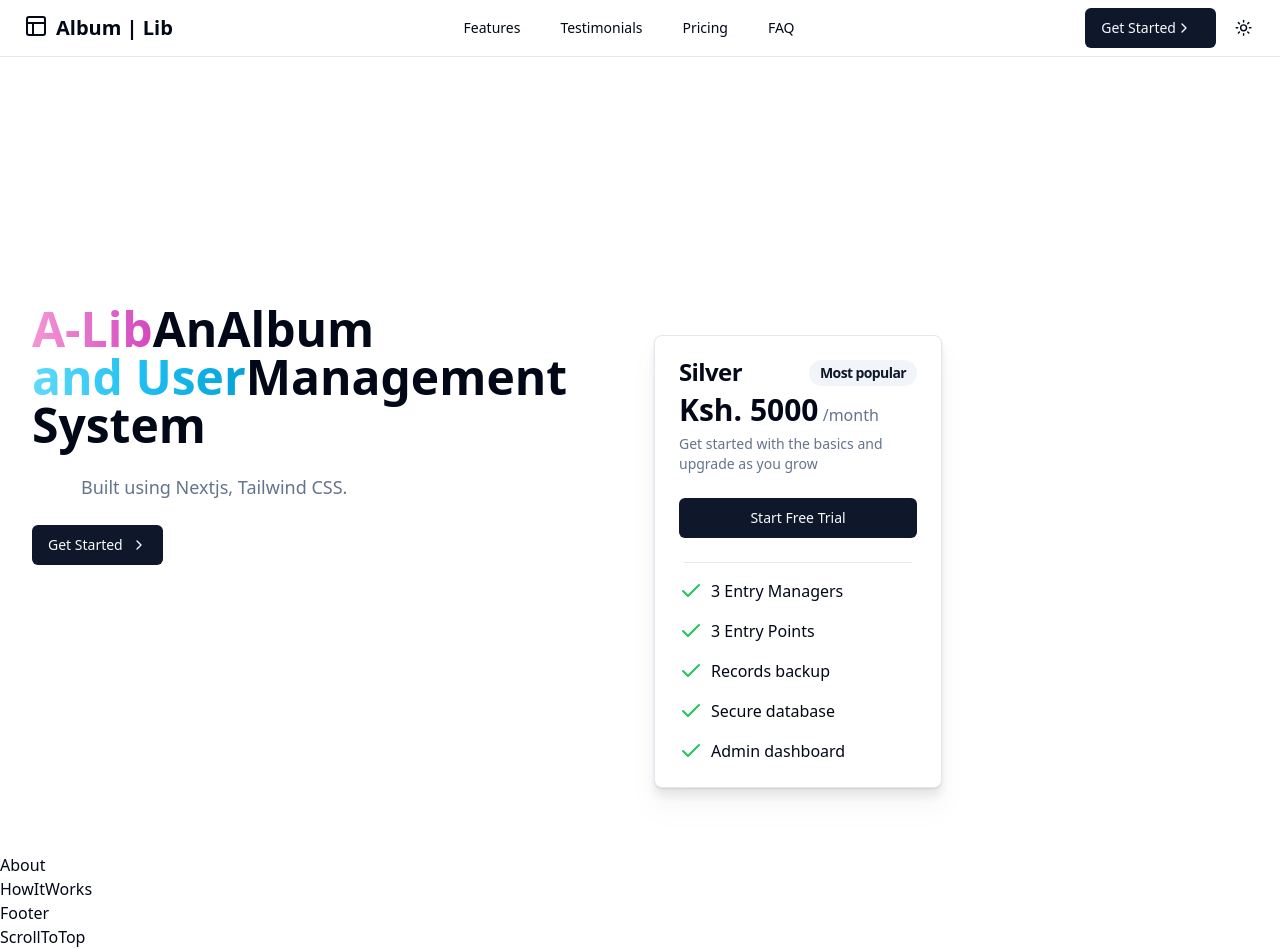
Repository: DevLaukey/savannah-informatics-test
Page: /
The author's editor kept a copy of each file at every save. The page is drawn from the files as they stood at one save, then again after the next save.
The browser window is 1280 px wide. The pictures show the whole page.
The project was rebuilt for these pictures with package versions that can differ from the ones it lists, and the page was loaded fresh each time. The framework's server and built-in components were replaced by stand-ins that run in the browser. Also part of the build but not shown: next.config.mjs, components/ui/avatar.jsx, components/landing-page/LightBulbIcon.jsx.

Above is the page before, as saved 2024-06-04 22:03:30.

### app/layout.jsx
import "./globals.css";
import { Inter as FontSans } from "next/font/google";

import { cn } from "@/lib/utils";
import { ThemeProvider } from "@/lib/theme-provider";

const fontSans = FontSans({
  subsets: ["latin"],
  variable: "--font-sans",
});

export default function RootLayout({ children }) {
  return (
    <html lang="en" suppressHydrationWarning>
      <head />
      <body
        className={cn(
          "min-h-screen bg-background font-sans antialiased",
          fontSans.variable
        )}
      >
        <ThemeProvider
          attribute="class"
          defaultTheme="system"
          enableSystem
          disableTransitionOnChange
        >
          {children}
        </ThemeProvider>
      </body>
    </html>
  );
}

### app/page.jsx
import Footer from "@/components/Footer";
import About from "@/components/landing-page/About";
import Hero from "@/components/landing-page/Hero";
import HowItWorks from "@/components/landing-page/HowItWorks";
import Navbar from "@/components/Navbar";
import ScrollToTop from "@/components/ScrollToTop";


// this is the landing page
export default function Home() {
  return (
    <>
      <Navbar />
      <Hero />
      <About />
      <HowItWorks />
      <Footer />
      <ScrollToTop />
    </>
  );
}

### components/landing-page/Hero.jsx
import { ChevronRight } from "lucide-react";
import { HeroCards } from "./HeroCards";
import { Button, buttonVariants } from "@/components/ui/button";

const Hero = () => {
  return (
    <section className="container grid grid-cols-1 md:grid-cols-2 place-items-center py-20 md:py-32 gap-10 overflow-x-hidden">
      <div className="text-center md:text-left space-y-6">
        <main className="text-3xl md:text-5xl font-bold">
          <h1 className="inline-block">
            <span className="inline bg-gradient-to-r from-[#F596D3] to-[#D247BF] text-transparent bg-clip-text">
              A-Lib
            </span>
            An
          </h1>
          Album
          <h2 className="inline-block">
            <span className="inline bg-gradient-to-r from-[#61DAFB] via-[#1fc0f1] to-[#03a3d7] text-transparent bg-clip-text">
              and User
            </span>
            Management System
          </h2>
        </main>

        <p className="text-lg text-muted-foreground md:w-10/12 mx-auto">
          Built using Nextjs, Tailwind CSS.
        </p>

        <Button
          type="button"
          className={
            "flex justify-center items-center" + buttonVariants({ variant: "primary" })
          }
        >
          Get Started
          <ChevronRight className="ml-2 h-4 w-4" />
        </Button>
      </div>

      {/* Hero cards sections */}
      <div className="z-10">
        <HeroCards />
      </div>

      {/* Shadow effect */}
      <div className="shadow"></div>
    </section>
  );
};

export default Hero;

### components/landing-page/HowItWorks.jsx
import React from 'react'

function HowItWorks() {
  return (
    <div>HowItWorks</div>
  )
}

export default HowItWorks

### components/Navbar.jsx
"use client";
import React, { useState } from "react";
import {
  NavigationMenu,
  NavigationMenuItem,
  NavigationMenuList,
} from "@/components/ui/navigation-menu";
import {
  Sheet,
  SheetContent,
  SheetHeader,
  SheetTitle,
  SheetTrigger,
} from "@/components/ui/sheet";
import { Button, buttonVariants } from "./ui/button";
import { ChevronRight, Menu } from "lucide-react";
import ModeToggle from "./mode-toggle";
import { LogoIcon } from "./Icons";

const routeList = [
  {
    href: "#features",
    label: "Features",
  },
  {
    href: "#testimonials",
    label: "Testimonials",
  },
  {
    href: "#pricing",
    label: "Pricing",
  },
  {
    href: "#faq",
    label: "FAQ",
  },
];

const Navbar = () => {
  const [isOpen, setIsOpen] = useState(false);
  return (
    <header className="sticky border-b-[1px] top-0 z-40 w-full bg-white dark:border-b-slate-700 dark:bg-background">
      <NavigationMenu className="mx-auto">
        <NavigationMenuList className="container h-14 px-4 w-screen flex justify-between">
          <NavigationMenuItem className="font-bold flex">
            <a
              rel="noreferrer noopener"
              href="/"
              className="ml-2 font-bold text-xl flex"
            >
              <LogoIcon />
              Album | Lib
            </a>
          </NavigationMenuItem>

          {/* mobile */}
          <span className="flex md:hidden">
            <ModeToggle />

            <Sheet open={isOpen} onOpenChange={setIsOpen}>
              <SheetTrigger className="px-2">
                <Menu
                  className="flex md:hidden h-5 w-5"
                  onClick={() => setIsOpen(true)}
                >
                  <span className="sr-only">Menu Icon</span>
                </Menu>
              </SheetTrigger>

              <SheetContent side={"left"}>
                <SheetHeader>
                  <SheetTitle className="font-bold text-xl">
                    Shadcn/React
                  </SheetTitle>
                </SheetHeader>
                <nav className="flex flex-col justify-center items-center gap-2 mt-4">
                  {routeList.map(({ href, label }) => (
                    <a
                      rel="noreferrer noopener"
                      key={label}
                      href={href}
                      onClick={() => setIsOpen(false)}
                      className={buttonVariants({ variant: "ghost" })}
                    >
                      {label}
                    </a>
                  ))}
                  <Button>
                    Get Started
                    <ChevronRight className="mr-2 h-4 w-4" />
                  </Button>
                </nav>
              </SheetContent>
            </Sheet>
          </span>

          {/* desktop */}
          <nav className="hidden md:flex gap-2">
            {routeList.map((route, i) => (
              <a
                rel="noreferrer noopener"
                href={route.href}
                key={i}
                className={`text-[17px] ${buttonVariants({
                  variant: "ghost",
                })}`}
              >
                {route.label}
              </a>
            ))}
          </nav>

          <div className="hidden md:flex gap-2">
            <Button>
              Get Started
              <ChevronRight className="mr-2 h-4 w-4" />
            </Button>
            <ModeToggle />
          </div>
        </NavigationMenuList>
      </NavigationMenu>
    </header>
  );
};
export default Navbar;

### components/ScrollToTop.jsx
import React from 'react'

function ScrollToTop() {
  return (
    <div>ScrollToTop</div>
  )
}

export default ScrollToTop

### components/landing-page/HeroCards.jsx
import { Avatar, AvatarFallback, AvatarImage } from "@/components/ui/avatar";
import { Badge } from "@/components/ui/badge";
import { Button, buttonVariants } from "@/components/ui/button";
import {
  Card,
  CardContent,
  CardDescription,
  CardHeader,
  CardTitle,
  CardFooter,
} from "@/components/ui/card";
import { Check, Linkedin } from "lucide-react";
import { LightBulbIcon } from "./LightBulbIcon";
import { GitHubLogoIcon } from "@radix-ui/react-icons";

export const HeroCards = () => {
  return (
    <div className="hidden lg:flex flex-row flex-wrap gap-8 relative w-[700px] h-[500px]">
      {/* Testimonial */}
      {/* <Card className="absolute w-[340px] -top-[15px] drop-shadow-xl shadow-black/10 dark:shadow-white/10">
        <CardHeader className="flex flex-row items-center gap-4 pb-2">
          <Avatar>
            <AvatarImage alt="" src="https://github.com/shadcn.png" />
            <AvatarFallback>DK</AvatarFallback>
          </Avatar>

          <div className="flex flex-col">
            <CardTitle className="text-lg">John Doe </CardTitle>
            <CardDescription>@john_doe</CardDescription>
          </div>
        </CardHeader>

        <CardContent>The data is secure and private!</CardContent>
      </Card> */}

      {/* Team */}
      {/* <Card className="absolute right-[20px] top-4 w-80 flex flex-col justify-center items-center drop-shadow-xl shadow-black/10 dark:shadow-white/10">
        <CardHeader className="mt-8 flex justify-center items-center pb-2">
          <img
            src="https://avatars.githubusercontent.com/u/63729244?s=400&u=e2bde62a1ba395f12dba8fe5ff52ba5f15a8755e&v=4"
            alt="user avatar"
            className="absolute grayscale-[0%] -top-12 rounded-full w-24 h-24 aspect-square object-cover"
          />
          <CardTitle className="text-center">Victor Mwaura</CardTitle>
          <CardDescription className="font-normal text-primary">
            Chief Technology Officer
          </CardDescription>
        </CardHeader>

        <CardContent className="text-center pb-2">
          <p>
            No more delays in the process of scanning and verifying identity
            cards
          </p>
        </CardContent>

        <CardFooter>
          <div>
            <a
              href="https://github.com/DevLaukey"
              target="_blank"
              className={buttonVariants({
                variant: "ghost",
                size: "sm",
              })}
            >
              <span className="sr-only">Github icon</span>
              <GitHubLogoIcon className="w-5 h-5" />
            </a>
            <a
              href="https://twitter.com/DLaukey"
              target="_blank"
              className={buttonVariants({
                variant: "ghost",
                size: "sm",
              })}
            >
              <span className="sr-only">X icon</span>
              <svg
                role="img"
                viewBox="0 0 24 24"
                xmlns="http://www.w3.org/2000/svg"
                className="fill-foreground w-5 h-5"
              >
                <title>X</title>
                <path d="M18.901 1.153h3.68l-8.04 9.19L24 22.846h-7.406l-5.8-7.584-6.638 7.584H.474l8.6-9.83L0 1.154h7.594l5.243 6.932ZM17.61 20.644h2.039L6.486 3.24H4.298Z" />
              </svg>
            </a>

            <a
              href="https://www.linkedin.com/in/devlaukey/"
              target="_blank"
              className={buttonVariants({
                variant: "ghost",
                size: "sm",
              })}
            >
              <span className="sr-only">Linkedin icon</span>
              <Linkedin size="20" />
            </a>
          </div>
        </CardFooter>
      </Card> */}

      {/* Pricing */}
      <Card className="absolute top-[150px] left-[50px] w-72  drop-shadow-xl shadow-black/10 dark:shadow-white/10">
        <CardHeader>
          <CardTitle className="flex item-center justify-between">
            Silver
            <Badge variant="secondary" className="text-sm text-primary">
              Most popular
            </Badge>
          </CardTitle>
          <div>
            <span className="text-3xl font-bold">Ksh. 5000</span>
            <span className="text-muted-foreground"> /month</span>
          </div>

          <CardDescription>
            Get started with the basics and upgrade as you grow
          </CardDescription>
        </CardHeader>

        <CardContent>
          <Button className="w-full">Start Free Trial</Button>
        </CardContent>

        <hr className="w-4/5 m-auto mb-4" />

        <CardFooter className="flex">
          <div className="space-y-4">
            {[
              "3 Entry Managers",
              "3 Entry Points",
              "Records backup",
              "Secure database",
              "Admin dashboard",
            ].map((benefit) => (
              <span key={benefit} className="flex">
                <Check className="text-green-500" />{" "}
                <h3 className="ml-2">{benefit}</h3>
              </span>
            ))}
          </div>
        </CardFooter>
      </Card>

      {/* Service */}
      {/* <Card className="absolute w-[350px] -right-[10px] bottom-[35px] drop-shadow-xl shadow-black/10 dark:shadow-white/10">
        <CardHeader className="space-y-1 flex md:flex-row justify-start items-start gap-4">
          <div className="mt-1 bg-primary/20 p-1 rounded-2xl">
            <LightBulbIcon />
          </div>
          <div>
            <CardTitle>Scanning Identity Card</CardTitle>
            <CardDescription className="text-md mt-2">
              Uses Optical Character Recognition(OCR)
            </CardDescription>
          </div>
        </CardHeader>
      </Card> */}
    </div>
  );
};

### components/ui/button.jsx
import * as React from "react"
import { Slot } from "@radix-ui/react-slot"
import { cva } from "class-variance-authority";

import { cn } from "@/lib/utils"

const buttonVariants = cva(
  "inline-flex items-center justify-center whitespace-nowrap rounded-md text-sm font-medium ring-offset-background transition-colors focus-visible:outline-none focus-visible:ring-2 focus-visible:ring-ring focus-visible:ring-offset-2 disabled:pointer-events-none disabled:opacity-50",
  {
    variants: {
      variant: {
        default: "bg-primary text-primary-foreground hover:bg-primary/90",
        destructive:
          "bg-destructive text-destructive-foreground hover:bg-destructive/90",
        outline:
          "border border-input bg-background hover:bg-accent hover:text-accent-foreground",
        secondary:
          "bg-secondary text-secondary-foreground hover:bg-secondary/80",
        ghost: "hover:bg-accent hover:text-accent-foreground",
        link: "text-primary underline-offset-4 hover:underline",
      },
      size: {
        default: "h-10 px-4 py-2",
        sm: "h-9 rounded-md px-3",
        lg: "h-11 rounded-md px-8",
        icon: "h-10 w-10",
      },
    },
    defaultVariants: {
      variant: "default",
      size: "default",
    },
  }
)

const Button = React.forwardRef(({ className, variant, size, asChild = false, ...props }, ref) => {
  const Comp = asChild ? Slot : "button"
  return (
    (<Comp
      className={cn(buttonVariants({ variant, size, className }))}
      ref={ref}
      {...props} />)
  );
})
Button.displayName = "Button"

export { Button, buttonVariants }

### components/ui/sheet.jsx
"use client";
import * as React from "react"
import * as SheetPrimitive from "@radix-ui/react-dialog"
import { cva } from "class-variance-authority";
import { X } from "lucide-react"

import { cn } from "@/lib/utils"

const Sheet = SheetPrimitive.Root

const SheetTrigger = SheetPrimitive.Trigger

const SheetClose = SheetPrimitive.Close

const SheetPortal = SheetPrimitive.Portal

const SheetOverlay = React.forwardRef(({ className, ...props }, ref) => (
  <SheetPrimitive.Overlay
    className={cn(
      "fixed inset-0 z-50 bg-black/80  data-[state=open]:animate-in data-[state=closed]:animate-out data-[state=closed]:fade-out-0 data-[state=open]:fade-in-0",
      className
    )}
    {...props}
    ref={ref} />
))
SheetOverlay.displayName = SheetPrimitive.Overlay.displayName

const sheetVariants = cva(
  "fixed z-50 gap-4 bg-background p-6 shadow-lg transition ease-in-out data-[state=open]:animate-in data-[state=closed]:animate-out data-[state=closed]:duration-300 data-[state=open]:duration-500",
  {
    variants: {
      side: {
        top: "inset-x-0 top-0 border-b data-[state=closed]:slide-out-to-top data-[state=open]:slide-in-from-top",
        bottom:
          "inset-x-0 bottom-0 border-t data-[state=closed]:slide-out-to-bottom data-[state=open]:slide-in-from-bottom",
        left: "inset-y-0 left-0 h-full w-3/4 border-r data-[state=closed]:slide-out-to-left data-[state=open]:slide-in-from-left sm:max-w-sm",
        right:
          "inset-y-0 right-0 h-full w-3/4  border-l data-[state=closed]:slide-out-to-right data-[state=open]:slide-in-from-right sm:max-w-sm",
      },
    },
    defaultVariants: {
      side: "right",
    },
  }
)

const SheetContent = React.forwardRef(({ side = "right", className, children, ...props }, ref) => (
  <SheetPortal>
    <SheetOverlay />
    <SheetPrimitive.Content ref={ref} className={cn(sheetVariants({ side }), className)} {...props}>
      {children}
      <SheetPrimitive.Close
        className="absolute right-4 top-4 rounded-sm opacity-70 ring-offset-background transition-opacity hover:opacity-100 focus:outline-none focus:ring-2 focus:ring-ring focus:ring-offset-2 disabled:pointer-events-none data-[state=open]:bg-secondary">
        <X className="h-4 w-4" />
        <span className="sr-only">Close</span>
      </SheetPrimitive.Close>
    </SheetPrimitive.Content>
  </SheetPortal>
))
SheetContent.displayName = SheetPrimitive.Content.displayName

const SheetHeader = ({
  className,
  ...props
}) => (
  <div
    className={cn("flex flex-col space-y-2 text-center sm:text-left", className)}
    {...props} />
)
SheetHeader.displayName = "SheetHeader"

const SheetFooter = ({
  className,
  ...props
}) => (
  <div
    className={cn("flex flex-col-reverse sm:flex-row sm:justify-end sm:space-x-2", className)}
    {...props} />
)
SheetFooter.displayName = "SheetFooter"

const SheetTitle = React.forwardRef(({ className, ...props }, ref) => (
  <SheetPrimitive.Title
    ref={ref}
    className={cn("text-lg font-semibold text-foreground", className)}
    {...props} />
))
SheetTitle.displayName = SheetPrimitive.Title.displayName

const SheetDescription = React.forwardRef(({ className, ...props }, ref) => (
  <SheetPrimitive.Description
    ref={ref}
    className={cn("text-sm text-muted-foreground", className)}
    {...props} />
))
SheetDescription.displayName = SheetPrimitive.Description.displayName

export {
  Sheet,
  SheetPortal,
  SheetOverlay,
  SheetTrigger,
  SheetClose,
  SheetContent,
  SheetHeader,
  SheetFooter,
  SheetTitle,
  SheetDescription,
}

### components/mode-toggle.jsx
import React from "react";
import { Button } from "@/components/ui/button";
import {
  DropdownMenu,
  DropdownMenuContent,
  DropdownMenuItem,
  DropdownMenuTrigger,
} from "@/components/ui/dropdown-menu";
import { useTheme } from "@/lib/theme-provider";
import { Moon, Sun } from "lucide-react";

export default function ModeToggle() {
  const { setTheme } = useTheme();

  return (
    <DropdownMenu>
      <DropdownMenuTrigger asChild>
        <Button variant="ghost" size="icon" className="ghost">
          <Sun className="h-[1.1rem] w-[1.2rem] rotate-0 scale-100 transition-all dark:-rotate-90 dark:scale-0" />
          <Moon className="absolute h-[1.1rem] w-[1.2rem] rotate-90 scale-0 transition-all dark:rotate-0 dark:scale-100" />
          <span className="sr-only">Toggle theme</span>
        </Button>
      </DropdownMenuTrigger>
      <DropdownMenuContent align="end">
        <DropdownMenuItem onClick={() => setTheme("light")}>
          Light
        </DropdownMenuItem>
        <DropdownMenuItem onClick={() => setTheme("dark")}>
          Dark
        </DropdownMenuItem>
        <DropdownMenuItem onClick={() => setTheme("system")}>
          System
        </DropdownMenuItem>
      </DropdownMenuContent>
    </DropdownMenu>
  );
}

### components/Icons.jsx
export const LogoIcon = () => {
  return (
    <svg
      xmlns="http://www.w3.org/2000/svg"
      viewBox="0 0 24 24"
      fill="none"
      stroke="currentColor"
      strokeWidth="2"
      strokeLinecap="round"
      strokeLinejoin="round"
      className="lucide lucide-panels-top-left mr-2 w-6 h-6"
    >
      <rect width="18" height="18" x="3" y="3" rx="2" />
      <path d="M3 9h18" />
      <path d="M9 21V9" />
    </svg>
  );
};

### components/ui/badge.jsx
import * as React from "react"
import { cva } from "class-variance-authority";

import { cn } from "@/lib/utils"

const badgeVariants = cva(
  "inline-flex items-center rounded-full border px-2.5 py-0.5 text-xs font-semibold transition-colors focus:outline-none focus:ring-2 focus:ring-ring focus:ring-offset-2",
  {
    variants: {
      variant: {
        default:
          "border-transparent bg-primary text-primary-foreground hover:bg-primary/80",
        secondary:
          "border-transparent bg-secondary text-secondary-foreground hover:bg-secondary/80",
        destructive:
          "border-transparent bg-destructive text-destructive-foreground hover:bg-destructive/80",
        outline: "text-foreground",
      },
    },
    defaultVariants: {
      variant: "default",
    },
  }
)

function Badge({
  className,
  variant,
  ...props
}) {
  return (<div className={cn(badgeVariants({ variant }), className)} {...props} />);
}

export { Badge, badgeVariants }

### components/ui/card.jsx
import * as React from "react"

import { cn } from "@/lib/utils"

const Card = React.forwardRef(({ className, ...props }, ref) => (
  <div
    ref={ref}
    className={cn("rounded-lg border bg-card text-card-foreground shadow-sm", className)}
    {...props} />
))
Card.displayName = "Card"

const CardHeader = React.forwardRef(({ className, ...props }, ref) => (
  <div
    ref={ref}
    className={cn("flex flex-col space-y-1.5 p-6", className)}
    {...props} />
))
CardHeader.displayName = "CardHeader"

const CardTitle = React.forwardRef(({ className, ...props }, ref) => (
  <h3
    ref={ref}
    className={cn("text-2xl font-semibold leading-none tracking-tight", className)}
    {...props} />
))
CardTitle.displayName = "CardTitle"

const CardDescription = React.forwardRef(({ className, ...props }, ref) => (
  <p
    ref={ref}
    className={cn("text-sm text-muted-foreground", className)}
    {...props} />
))
CardDescription.displayName = "CardDescription"

const CardContent = React.forwardRef(({ className, ...props }, ref) => (
  <div ref={ref} className={cn("p-6 pt-0", className)} {...props} />
))
CardContent.displayName = "CardContent"

const CardFooter = React.forwardRef(({ className, ...props }, ref) => (
  <div
    ref={ref}
    className={cn("flex items-center p-6 pt-0", className)}
    {...props} />
))
CardFooter.displayName = "CardFooter"

export { Card, CardHeader, CardFooter, CardTitle, CardDescription, CardContent }

Loaded but not shown: app/globals.css (common file); lib/utils.js (common file); components/Footer.jsx (common file); components/landing-page/About.jsx (common file); tailwind.config.js (82 lines, source omitted); lib/theme-provider.js (60 lines, source omitted); components/ui/dropdown-menu.jsx (157 lines, source omitted); components/ui/navigation-menu.jsx (104 lines, source omitted); app/api/albums/route.js (no copy from this time; the picture is the same without it)

After the next save:
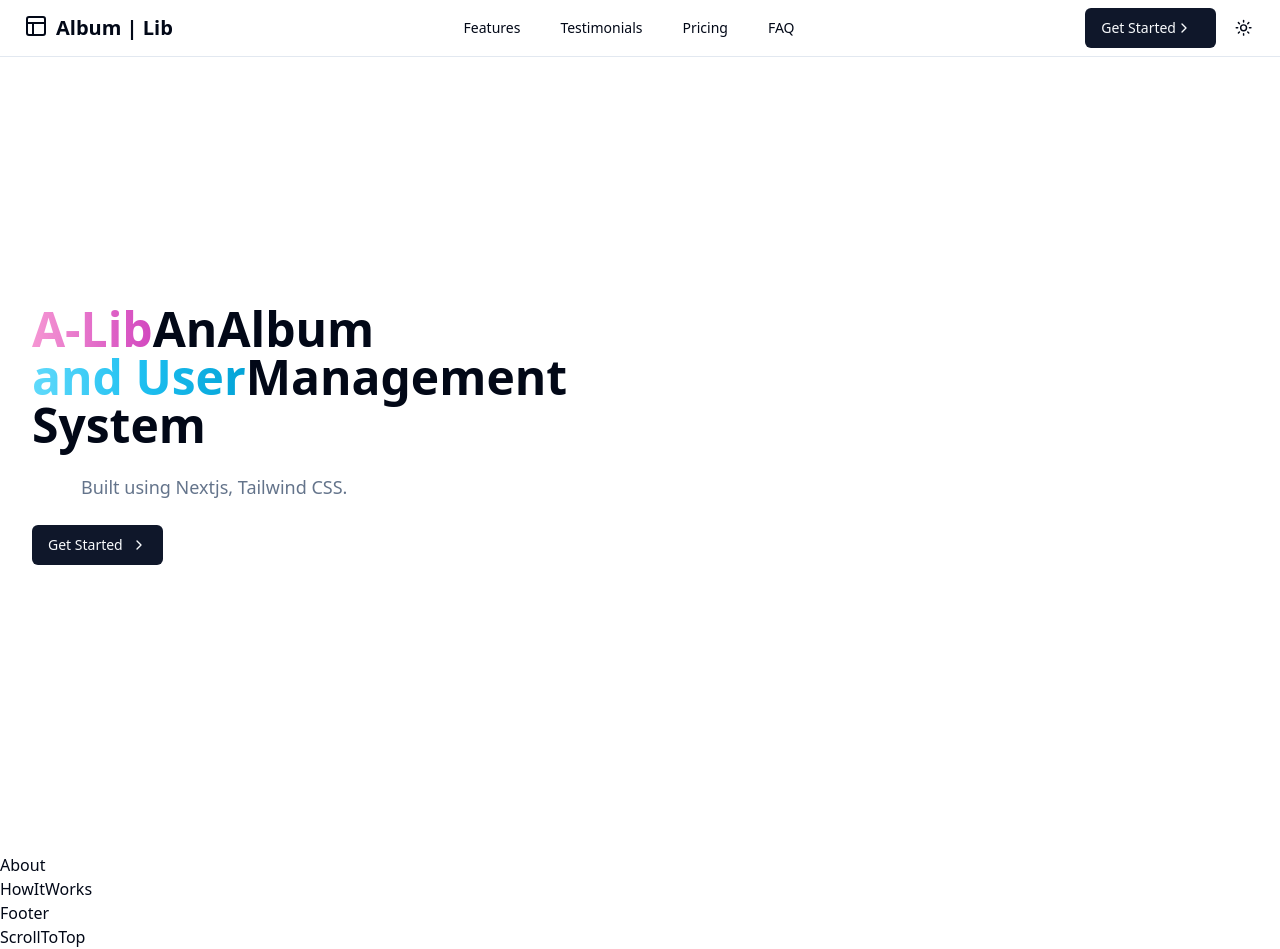
Saved 72 s later.
--- a/components/landing-page/HeroCards.jsx
+++ b/components/landing-page/HeroCards.jsx
@@ -103,7 +103,7 @@ export const HeroCards = () => {
       </Card> */}
 
       {/* Pricing */}
-      <Card className="absolute top-[150px] left-[50px] w-72  drop-shadow-xl shadow-black/10 dark:shadow-white/10">
+      {/* <Card className="absolute top-[150px] left-[50px] w-72  drop-shadow-xl shadow-black/10 dark:shadow-white/10">
         <CardHeader>
           <CardTitle className="flex item-center justify-between">
             Silver
@@ -143,7 +143,7 @@ export const HeroCards = () => {
             ))}
           </div>
         </CardFooter>
-      </Card>
+      </Card> */}
 
       {/* Service */}
       {/* <Card className="absolute w-[350px] -right-[10px] bottom-[35px] drop-shadow-xl shadow-black/10 dark:shadow-white/10">
